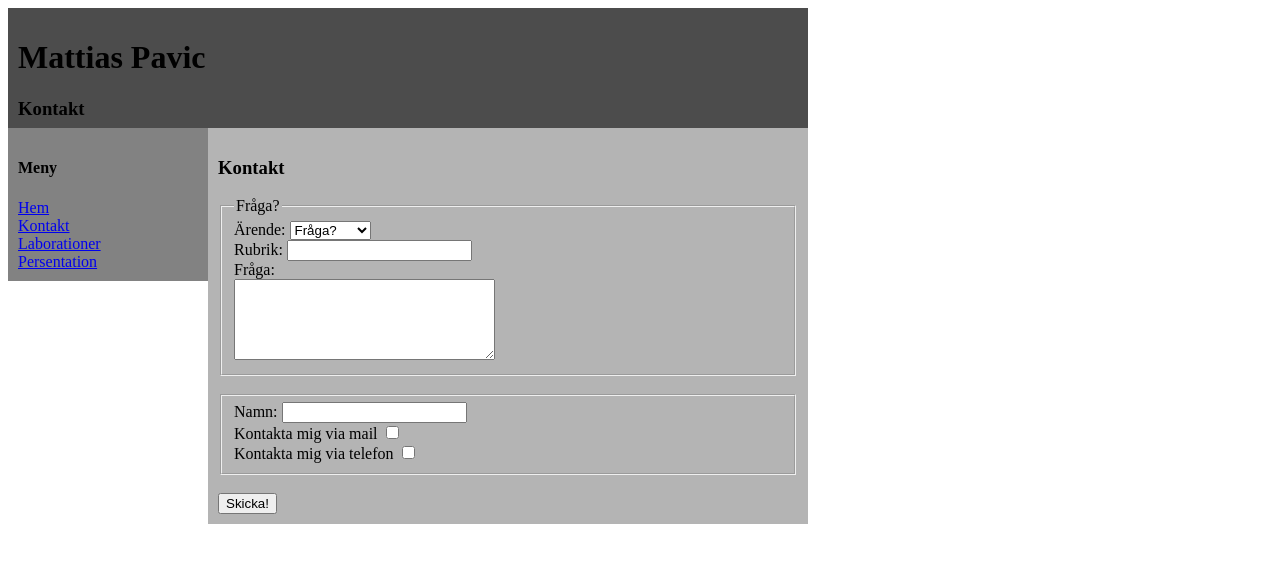
Repository: mp222sf/1ik415-laborationer
Page: pages/kontakt.html
The author's editor kept a record of every edit. The page is drawn from the files as they stood at one moment, then again after the next edit.
The browser window is 1280 px wide. The pictures show the whole page.

Above is the page before.

### pages/kontakt.html
<!doctype html>
<html lang="sv">
    <head>
        <meta charset="utf-8" />
        <title>Mattias Pavic</title>
    </head>
    <body>

        <div id="container" style="width:800px">
            <div id="header" style="padding: 10px;background-color:#4C4C4C;height: 100px;">
                <h1>Mattias Pavic</h1>
                <h3>Kontakt</h3>
            </div>
            <div id="menu" style="padding: 10px;background-color:#828282;width:180px;float:left;">
                <h4>Meny</h4>
                <a href="../index.html">Hem</a><br>
                <a href="kontakt.html">Kontakt</a><br>
                <a href="laborationer.html">Laborationer</a><br>
                <a href="presentation.html">Persentation</a><br>
            </div>

            <div id="content" style="padding: 10px;background-color:#B4B4B4;width:580px;float:left;">
                <!--Här skriver vi infomation.-->
                <h3 id="kontakt">Kontakt</h3>

                <form ... method="POST">
                    <fieldset>
                    <legend>Fråga?</legend>
                    Ärende: <select name="arende">
                        <option value="arende_fraga" selected>Fråga?</option>
                        <option value="arende_feedback">Feedback</option>
                    </select><br>
                    Rubrik: <input type="text" name="rubrik" /><br>
                    Fråga:<br> <textarea rows="5" cols="30" name="fraga"></textarea></fieldset><br>
                    <fieldset>
                    Namn: <input type="text" name="namn" /><br>
                    Kontakta mig via mail <input type="checkbox" name="g1[]" value="kontakt_mail" /><br>
                    Kontakta mig via telefon <input type="checkbox" name="g1[]" value="kontakt_telefon" /></fieldset><br>
                    <input type="submit" value="Skicka!" />
                </form>

            </div>

        </div>



    </body>
</html>

After the next edit:
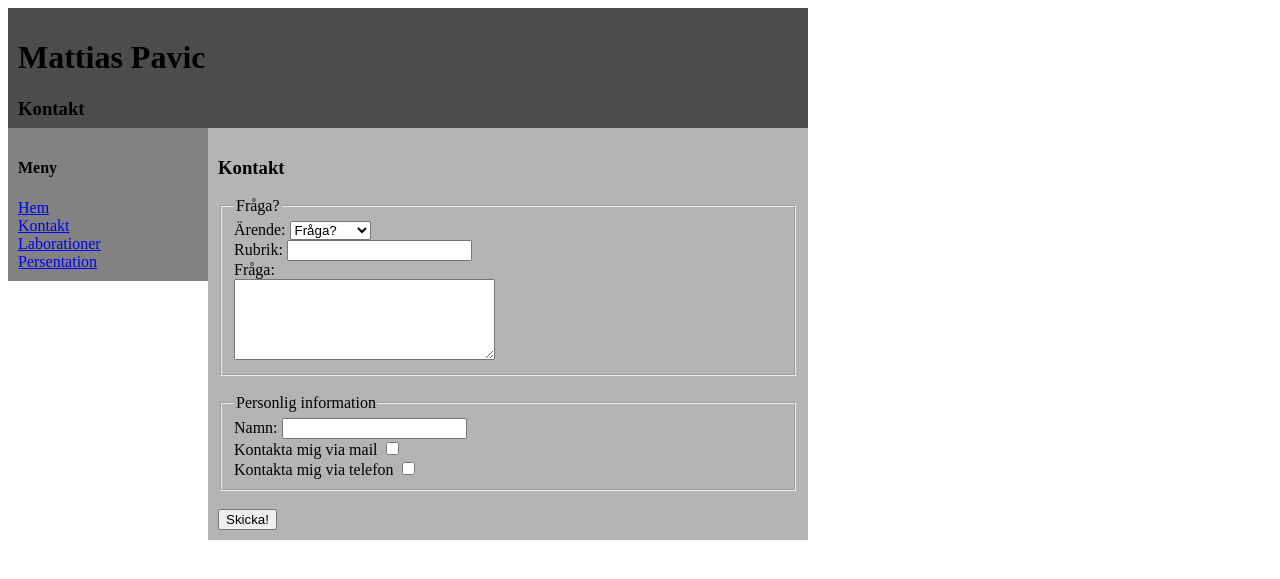
The edit:
--- a/pages/kontakt.html
+++ b/pages/kontakt.html
@@ -33,6 +33,7 @@
                     Rubrik: <input type="text" name="rubrik" /><br>
                     Fråga:<br> <textarea rows="5" cols="30" name="fraga"></textarea></fieldset><br>
                     <fieldset>
+                    <legend>Personlig information</legend>
                     Namn: <input type="text" name="namn" /><br>
                     Kontakta mig via mail <input type="checkbox" name="g1[]" value="kontakt_mail" /><br>
                     Kontakta mig via telefon <input type="checkbox" name="g1[]" value="kontakt_telefon" /></fieldset><br>
